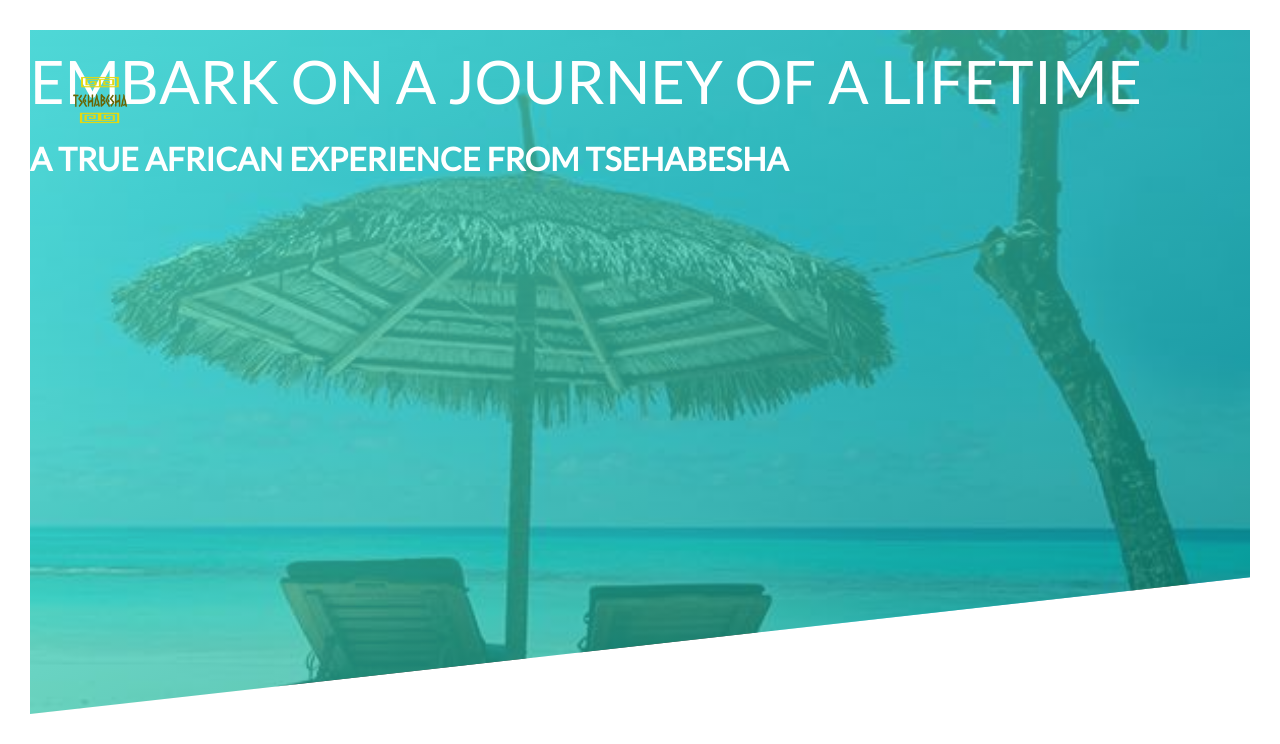
Repository: Azariagmt/tour-and-travel
Page: index.html
These files come from the project's save history. The page is drawn as it stood at one moment and after a run of saves; the edit follows.
The browser window is 1280 px wide. The pictures show the whole page.

Above is the page before, as saved 2020-03-24 16:59:35.

After the next 3 saves:
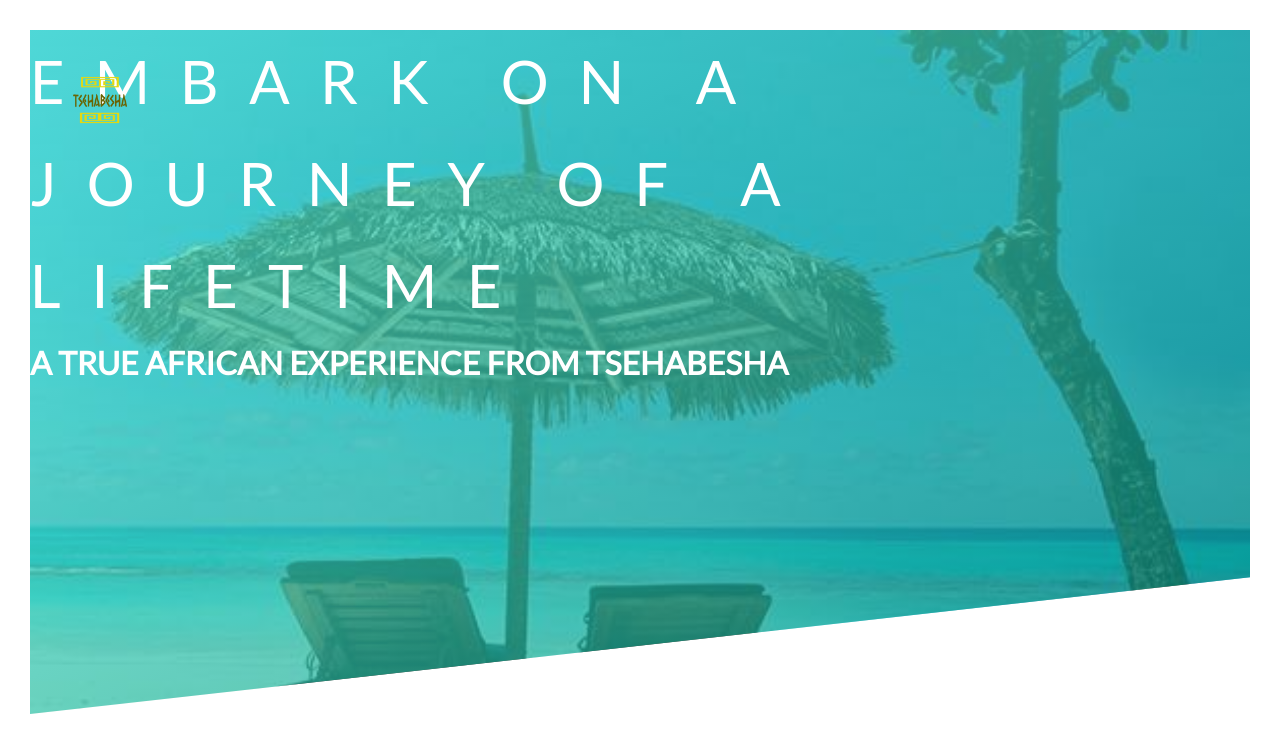
The 3 saves are shown as one change because they came seconds apart.
The last was saved 7 s later.
--- a/css/style.css
+++ b/css/style.css
@@ -42,6 +42,7 @@
   display: block;
   font-size: 60px;
   font-weight: 400;
+  letter-spacing: 30px;
 }
 
 .heading-primary-sub{
